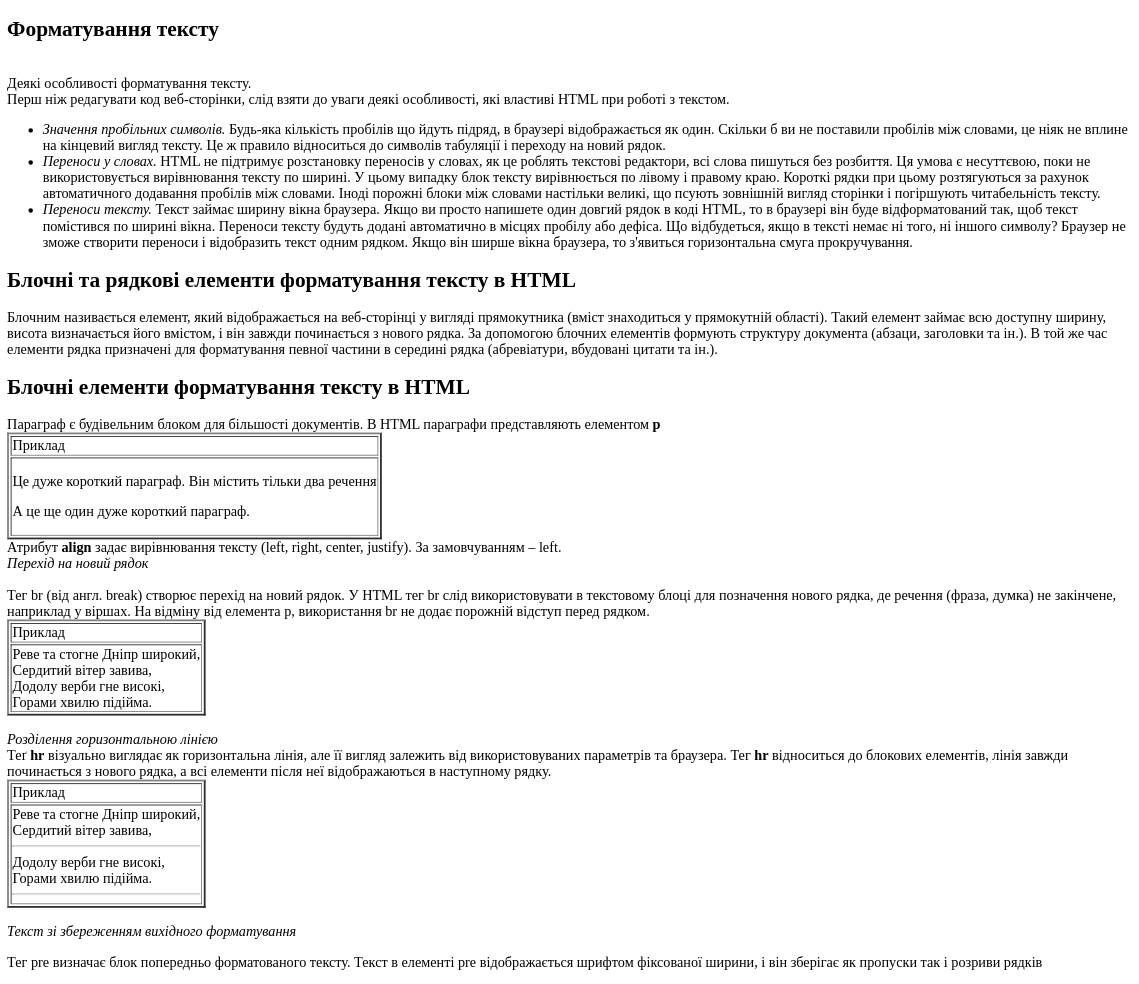
Repository: KseniaMakara/Web
Page: Web/directory.html
The author's editor kept a copy of each file at every save. The page is drawn from the files as they stood at one save, then again after the next save.
The browser window is 1280 px wide. The pictures show the whole page, at 89% of full size.

Above is the page before, as saved 2021-02-15 16:53:41.

### Web/directory.html

    <!doctype HTML>
    <html>
        <head>
           <title>First HTML</title>
        </head>
    <body>
        <h2>Форматування тексту </h2>
        <br>Деякі особливості форматування тексту.</br>
        Перш ніж редагувати код веб-сторінки, слід взяти до уваги деякі
        особливості, які властиві HTML при роботі з текстом.
        <ul>
        <li><dfn>Значення пробільних символів.</dfn> Будь-яка кількість пробілів що йдуть
        підряд, в браузері відображається як один. Скільки б ви не поставили пробілів
        між словами, це ніяк не вплине на кінцевий вигляд тексту. Це ж правило
        відноситься до символів табуляції і переходу на новий рядок.</li>
        <li><dfn>Переноси у словах.</dfn> HTML не підтримує розстановку переносів у
        словах, як це роблять текстові редактори, всі слова пишуться без розбиття. Ця
        умова є несуттєвою, поки не використовується вирівнювання тексту по ширині.
        У цьому випадку блок тексту вирівнюється по лівому і правому краю. Короткі
        рядки при цьому розтягуються за рахунок автоматичного додавання пробілів між
        словами. Іноді порожні блоки між словами настільки великі, що псують
        зовнішній вигляд сторінки і погіршують читабельність тексту.</li>
        <li><dfn>Переноси тексту. </dfn> Текст займає ширину вікна браузера. Якщо ви
        просто напишете один довгий рядок в коді HTML, то в браузері він буде
        відформатований так, щоб текст помістився по ширині вікна. Переноси тексту
        будуть додані автоматично в місцях пробілу або дефіса. Що відбудеться, якщо в
        тексті немає ні того, ні іншого символу? Браузер не зможе створити переноси і
        відобразить текст одним рядком. Якщо він ширше вікна браузера, то з'явиться
        горизонтальна смуга прокручування.</li>
        </ul>
        <h2><strong>Блочні та рядкові елементи форматування тексту в HTML</strong></h2>
        Блочним називається елемент, який відображається на веб-сторінці у вигляді
        прямокутника (вміст знаходиться у прямокутній області). Такий елемент займає
        всю доступну ширину, висота визначається його вмістом, і він завжди
        починається з нового рядка. За допомогою блочних елементів формують
        структуру документа (абзаци, заголовки та ін.). В той же час елементи рядка
        призначені для форматування певної частини в середині рядка (абревіатури,
        вбудовані цитати та ін.).
        <h2>Блочні елементи форматування тексту в HTML</h2>
        Параграф є будівельним блоком для більшості документів. В HTML
        параграфи представляють елементом <strong>p</strong>
        <table border = "2px">
            <tr>
                <td> Приклад </td>

            </tr>
            <tr>
                <td> <p>Це дуже короткий
                    параграф. Він містить тільки
                    два речення </p>
                    <p>А це ще один дуже
                    короткий параграф. </p></td>
            </tr>

        </table>
Атрибут <strong>align</strong> задає вирівнювання тексту (left, right, center,
justify). За замовчуванням – left.
<br><dfn>Перехід на новий рядок</dfn></br>

<br> Тег br (від англ. break) створює перехід на новий рядок. У HTML тег
br слід використовувати в текстовому блоці для позначення нового рядка, де
речення (фраза, думка) не закінчене, наприклад у віршах.
На відміну від елемента p, використання br не додає порожній відступ
перед рядком.
</br>
<table border = "2px">
    <tr>
        <td> Приклад </td>

    </tr>
    <tr>
        <td> Реве та стогне Дніпр широкий, <br/>
            Сердитий вітер завива,<br>
            Додолу верби гне високі,<br>
            Горами хвилю підійма.<br></td>
    </tr>
</table>
<br> <dfn> Розділення горизонтальною лінією</dfn></br>
Теґ <strong>hr</strong> візуально виглядає як горизонтальна лінія, але її вигляд залежить
від використовуваних параметрів та браузера. Тег <strong>hr</strong> відноситься до блокових
елементів, лінія завжди починається з нового рядка, а всі елементи після неї
відображаються в наступному рядку.
<table border = "2px">
    <tr>
        <td> Приклад </td>

    </tr>
    <tr>
        <td> Реве та стогне Дніпр широкий, <br>
            Сердитий вітер завива,<br> <hr>
            Додолу верби гне високі,<br>
            Горами хвилю підійма.<br> <hr></td>
    </tr>
</table>
<br> <dfn>Текст зі збереженням вихідного форматування</dfn></br>
<p>
    Тег pre визначає блок попередньо форматованого тексту. Текст в
        елементі pre відображається шрифтом фіксованої ширини, і він зберігає як
        пропуски так і розриви рядків
</p>


</body>
    </html>

After the next save:
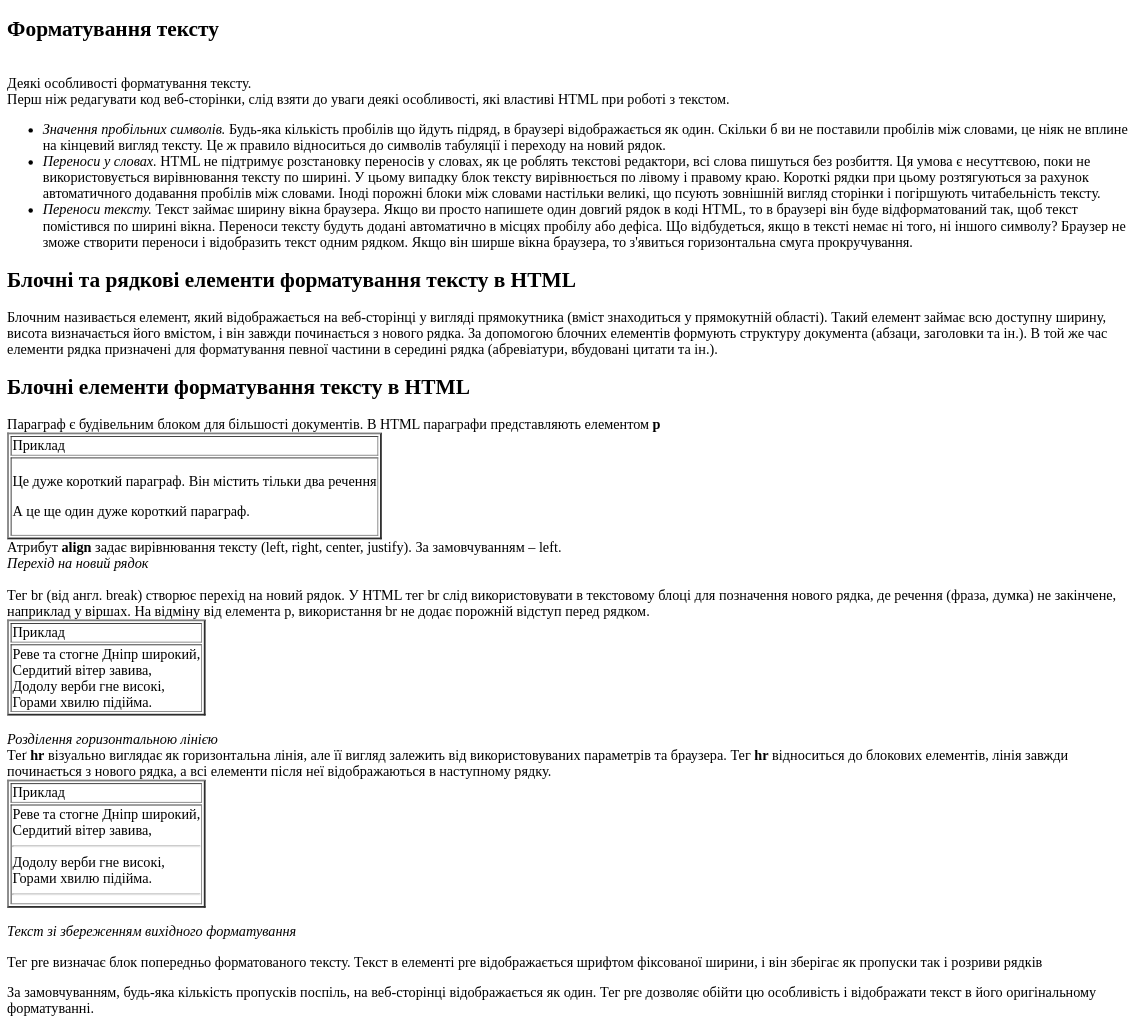
Saved 39 s later.
--- a/Web/directory.html
+++ b/Web/directory.html
@@ -99,7 +99,11 @@ br слід використовувати в текстовому блоці д
         елементі pre відображається шрифтом фіксованої ширини, і він зберігає як
         пропуски так і розриви рядків
 </p>
-
+<p>
+    За замовчуванням, будь-яка кількість пропусків поспіль, на веб-сторінці
+відображається як один. Тег pre дозволяє обійти цю особливість і
+відображати текст в його оригінальному форматуванні.
+</p>
 
 </body>
     </html>
